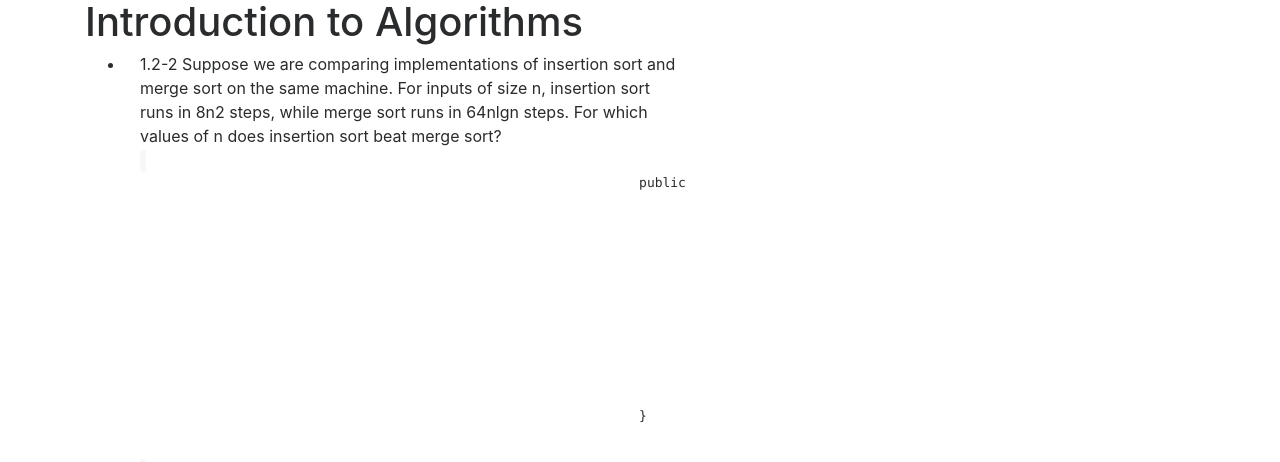
Repository: baltejas/algorithms
Page: algorithms/src/main/webapp/WEB-INF/views/index.html
These files come from the project's save history. The page is drawn as it stood at one moment and after the next save; the edit follows.
The browser window is 1280 px wide. The pictures show the whole page.

Above is the page before, as saved 2017-05-06 18:21:18.

### algorithms/src/main/webapp/WEB-INF/views/index.html
<html>
	<head>
		<link rel="stylesheet" href="resources/css/bootstrap.css">
	</head>
	<body>
		<div class="container">
		<h1>Introduction to Algorithms</h1>
			<div class="row">
				<div class="col-md-8">
					<ul>
						<li class="col-sm-10">1.2-2 Suppose we are comparing implementations of insertion sort and merge sort on the same machine.
							For inputs of size n, insertion sort runs in 8n2 steps, while merge sort runs in 64nlgn steps.
							For which values of n does insertion sort beat merge sort?<br>
							<code>
								<pre>
								public String question_1Dot2dash2() {
									int i = 2; // log(1) = 0 hence we start from 2
									while(i > 0) {
										// Steps to sort n inputs: insertion sort - 8n*n
										// Steps to sort n inputs: merge sort - 64nlgn (log to base 2)
										if((8 * i * i) > (64 * i * (Math.log(i)/Math.log(2)))) {
											return "Insertion sort beats merge sort at: " + i;
										} else {
											i++;
										}
									}
									return null;
								}
								</pre>
							</code>
						</li>
					</ul>
				</div>
			</div>
		</div>
	</body>
</html>

Loaded but not shown: algorithms/src/main/webapp/resources/css/bootstrap.css (library)

After the next save:
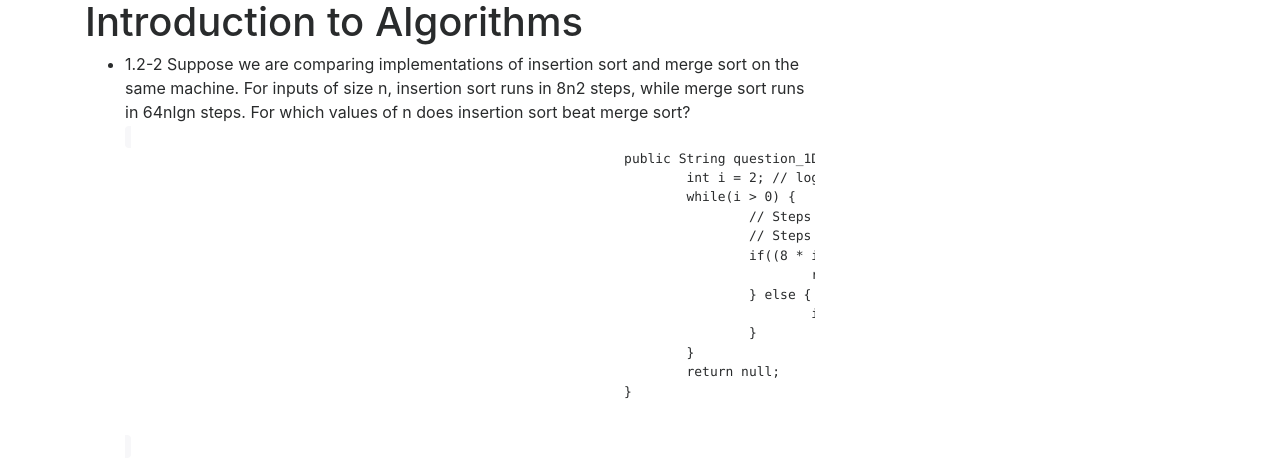
Saved 20 s later.
--- a/algorithms/src/main/webapp/WEB-INF/views/index.html
+++ b/algorithms/src/main/webapp/WEB-INF/views/index.html
@@ -8,7 +8,7 @@
 			<div class="row">
 				<div class="col-md-8">
 					<ul>
-						<li class="col-sm-10">1.2-2 Suppose we are comparing implementations of insertion sort and merge sort on the same machine.
+						<li>1.2-2 Suppose we are comparing implementations of insertion sort and merge sort on the same machine.
 							For inputs of size n, insertion sort runs in 8n2 steps, while merge sort runs in 64nlgn steps.
 							For which values of n does insertion sort beat merge sort?<br>
 							<code>
